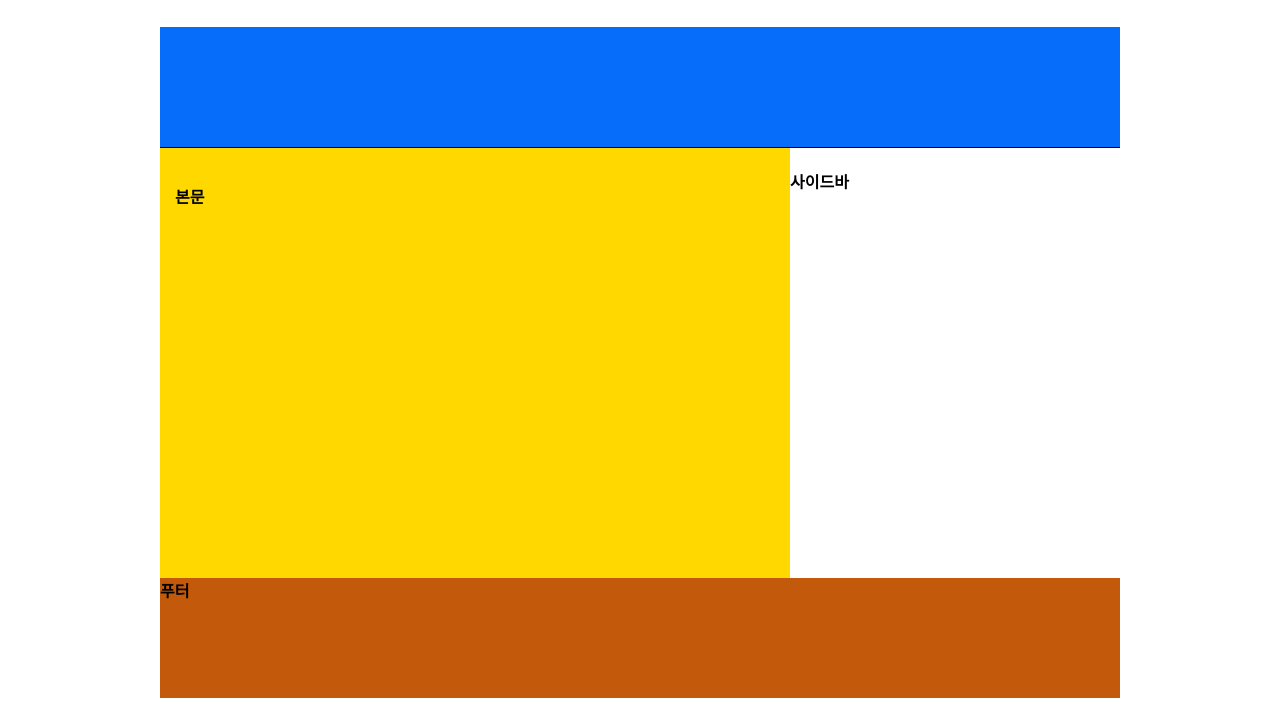
Repository: b1996om/HTML-CSS_study
Page: pro09/public/grid-1.html
The author's editor kept a copy of each file at every save. The page is drawn from the files as they stood at one save, then again after the next save.
The browser window is 1280 px wide. The pictures show the whole page.

Above is the page before, as saved 2022-12-09 02:28:51.

### pro09/public/grid-1.html
<!DOCTYPE html>
<html lang="ko">
<head>
	<meta charset="utf-8">
	<title>고정 그리드 레이아웃</title>
	<style>
		#wrap {
			width:960px;
			margin:0 auto;
		}
		header {
			width:960px;
			height:120px;
			background-color:#066dfa;
			border-bottom:1px solid black;
		}
		.header-text {
			font-size:40px;
			color:white;
			text-align:center;
			line-height:120px;
		}
		.content {
			float:left;
			width:600px;
			height:400px;
			padding:15px;
			background-color:#ffd800;
		}
		.right-side {
			float:right;
			width:300px;
			height:400px;
			padding:15px;
			background-color:#00ff90;
		}
		footer {
			clear:both;
			height:120px;
			background-color:#c3590a;
		 }
	</style>
</head>
<body>
	<div id="wrap">
		<header>
			<h1 class="header-text"></h1>
		</header>
		<section class="content">
			<h4>본문</h4>
		</section>
		<aside clcass="right-side">
			<h4>사이드바</h4>
		</aside>
		<footer>
			<h4>푸터</h4>
		</footer>
	</div>
</body>
</html>

After the next save:
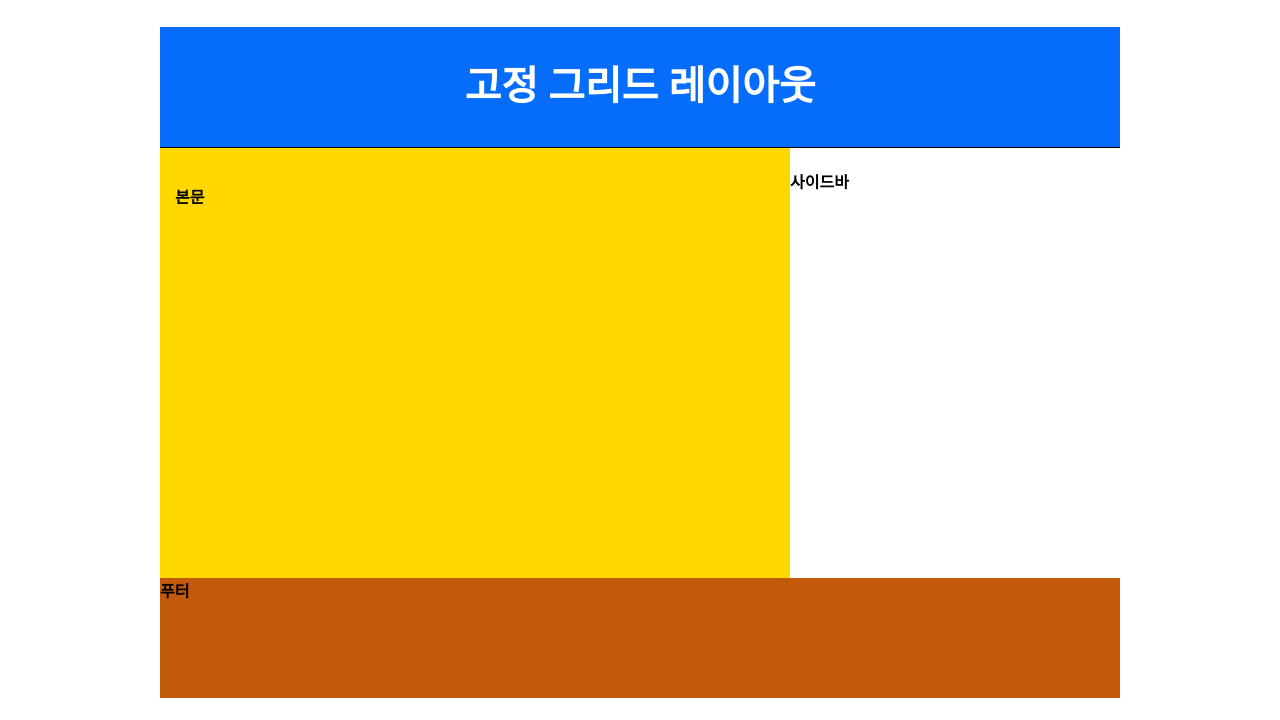
Saved 21 s later.
--- a/pro09/public/grid-1.html
+++ b/pro09/public/grid-1.html
@@ -44,7 +44,7 @@
 <body>
 	<div id="wrap">
 		<header>
-			<h1 class="header-text"></h1>
+			<h1 class="header-text">고정 그리드 레이아웃</h1>
 		</header>
 		<section class="content">
 			<h4>본문</h4>
